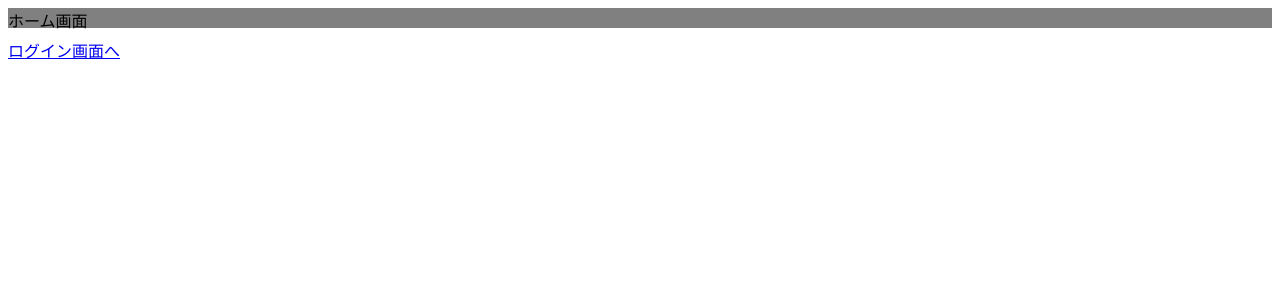
Repository: kousuke-2047/test
Page: http://localhost/Rensyu/
The author's editor kept a copy of each file at every save. The page is drawn from the files as they stood at one save, then again after the next save.
The browser window is 1280 px wide. The pictures show the whole page.
The page is served by Tomcat 9.

Above is the page before, as saved 2018-06-04 01:57:52.

After the next save:
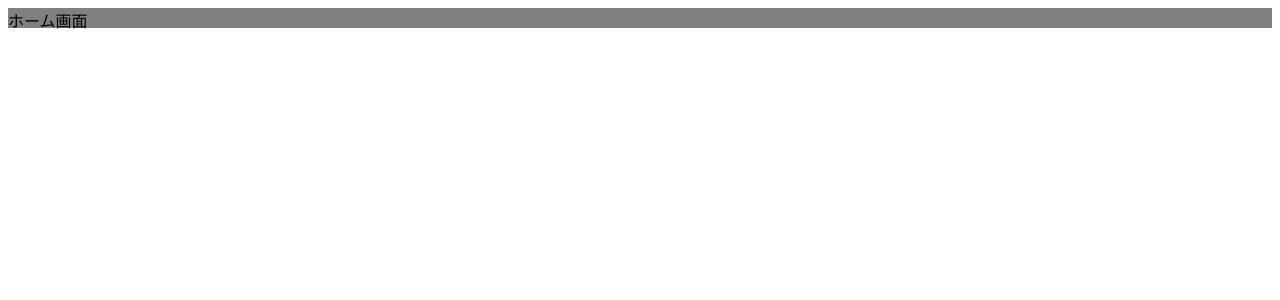
Saved 119 s later.
--- a/Rensyu/WebContent/index.jsp
+++ b/Rensyu/WebContent/index.jsp
@@ -24,14 +24,14 @@ footer{
 
 </style>
 </head>
-<body>
+<body href ='<s:url action = "HomeAction"/>'>
 
 
 	<footer>
 	ホーム画面
 	</footer>
 
-	<a href ='<s:url action = "HomeAction"/>'>ログイン画面へ</a>
+
 
 
 
